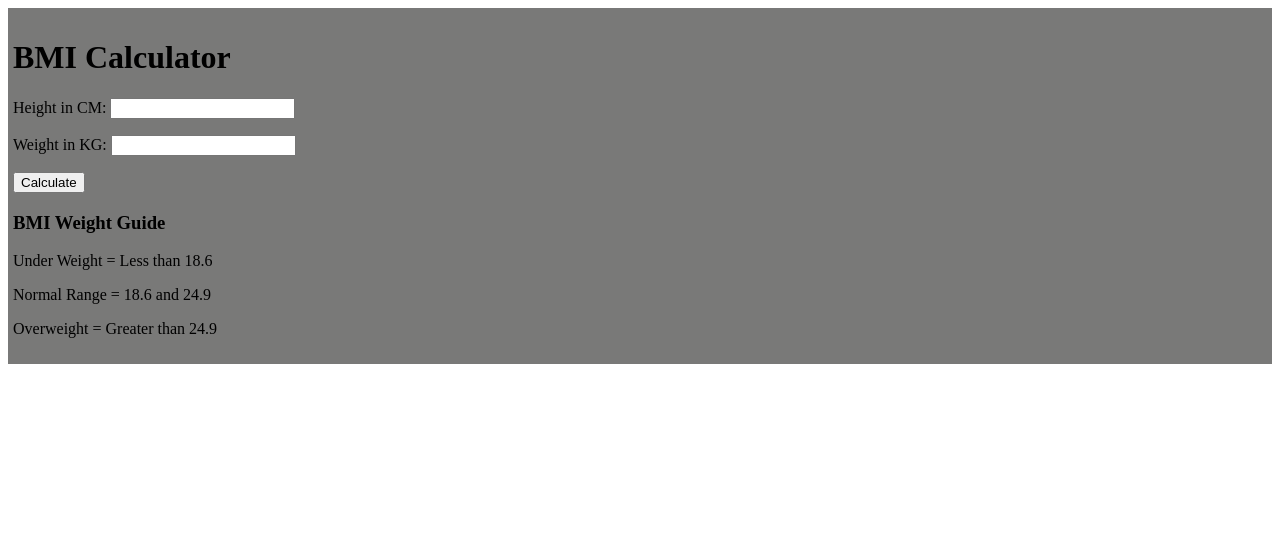
Repository: VishwaGoswami1407/JavaScript-Practice
Page: 07_projects/project2.html
The author's editor kept a copy of each file at every save. The page is drawn from the files as they stood at one save, then again after the next save.
The browser window is 1280 px wide. The pictures show the whole page.

Above is the page before, as saved 2024-07-07 18:49:39.

After the next save:
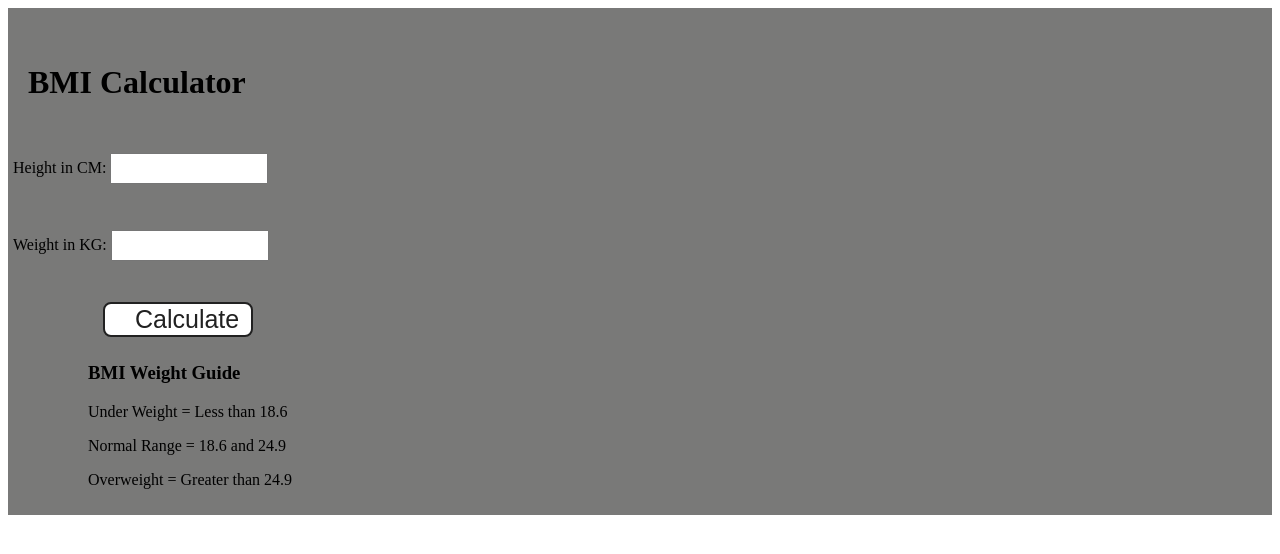
Saved 2 min 36 s later.
--- a/07_projects/style2.css
+++ b/07_projects/style2.css
@@ -5,7 +5,7 @@
     padding: 10px 5px 10px;
   }
   #height,
-  /* #weight {
+  #weight {
     width: 150px;
     height: 25px;
     margin-top: 30px;
@@ -15,14 +15,14 @@
     margin-left: 75px;
     margin-top: 25px;
   }
-   */
-  /* #results {
+
+  #results {
     font-size: 35px;
     margin-left: 90px;
     margin-top: 20px;
     color: rgb(241, 241, 241);
-  } */
-/*
+  }
+
   button {
     width: 150px;
     height: 35px;
@@ -37,9 +37,9 @@
 
     font-size: 25px;
   }
-   */
-  /* h1 {
+
+  h1 {
     padding-left: 15px;
     padding-top: 25px;
 
-  } */
+  }
